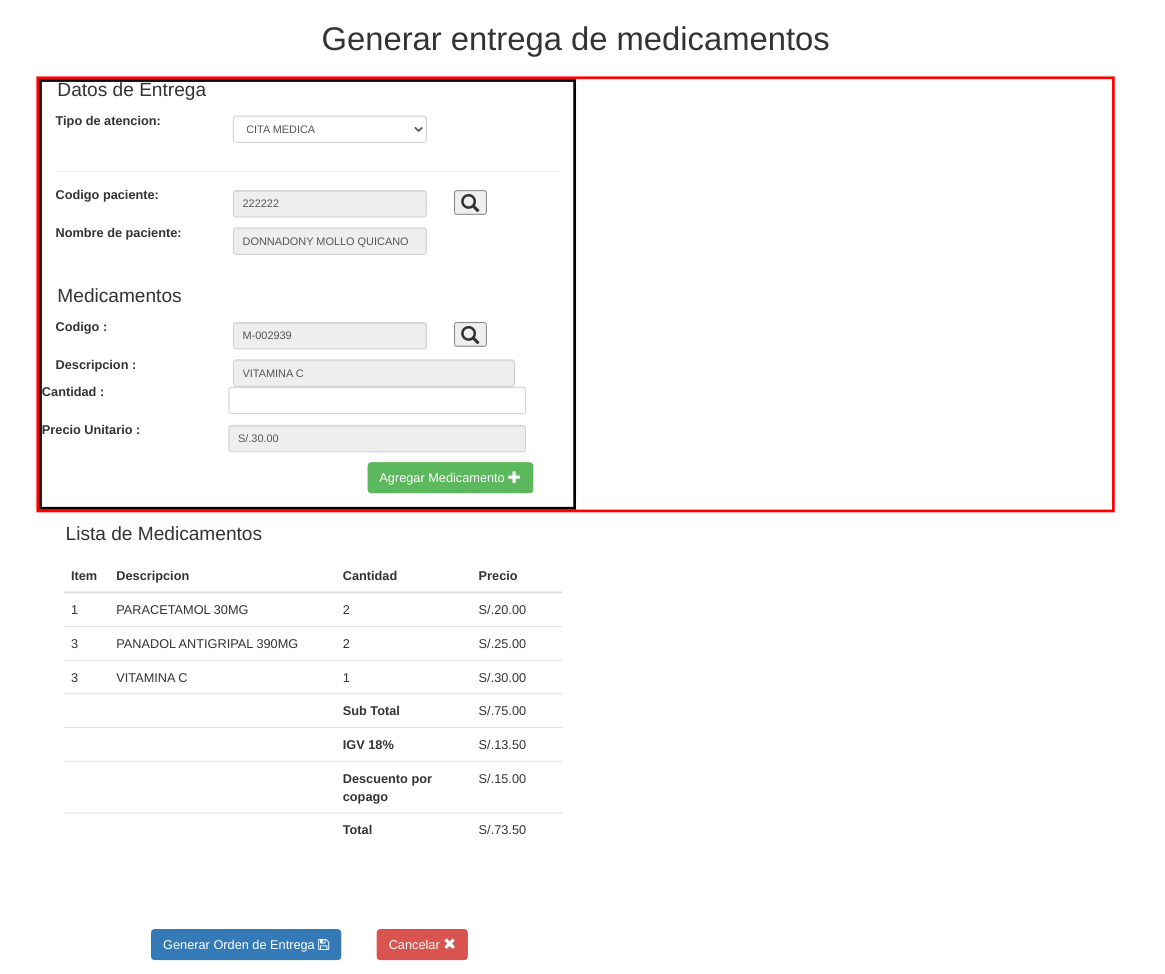
Repository: Donyx10/ADSII-ProyectoClinica
Page: http://localhost/AvanceWeb/GenerarOrdenDeEntregaDeMedicamentos2.jsp
An editor plug-in stored every save of this project. The page is shown before and after the next save, followed by the edit.
The browser window is 1280 px wide. The pictures show the whole page, at 91% of full size.
Some web fonts or font styles are not loaded; a fallback is used. The page is served by Tomcat 9.

Above is the page before, as saved 2018-06-07 16:46:27.

After the next save:
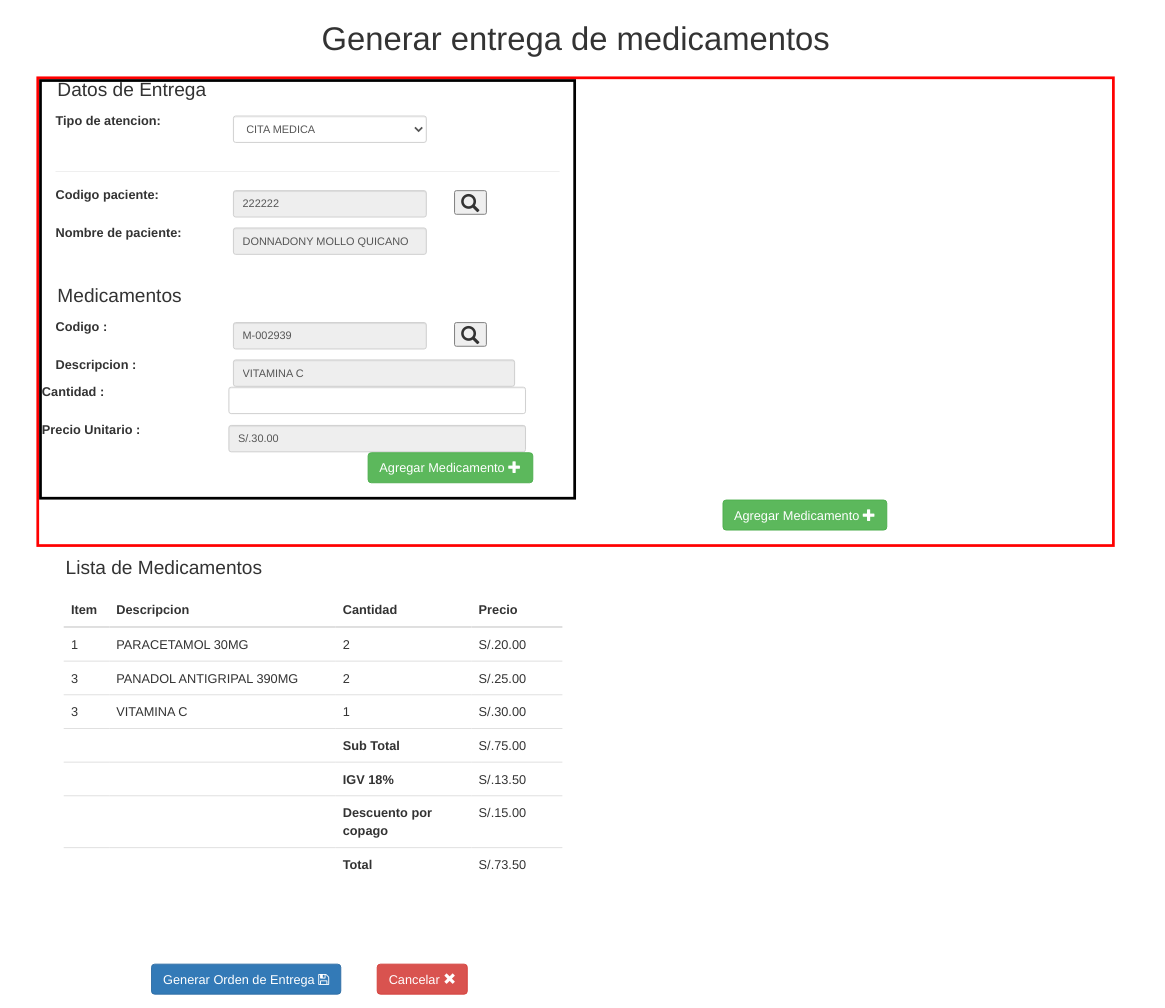
Saved 13 s later.
--- a/WebDemo/AvanceWeb/WebContent/GenerarOrdenDeEntregaDeMedicamentos2.jsp
+++ b/WebDemo/AvanceWeb/WebContent/GenerarOrdenDeEntregaDeMedicamentos2.jsp
@@ -158,7 +158,6 @@
 							</div>
 
 						</div>
-						<BR>
 						<div class="row">
 							<div class="col-md-2"></div>
 							<div class="col-md-4"></div>
@@ -171,7 +170,20 @@
 						</div>
 					</div>
 				</div>
-
+				<div class="form-group row" align="center" id="paciente">
+					<div class="col-md-12">
+						<div class="row">
+							<div class="col-md-2"></div>
+							<div class="col-md-4"></div>
+							<div class="col-md-1"></div>
+							<div class="col-md-3">
+								<button type="submit" class="btn btn-success">
+									Agregar Medicamento <i class="glyphicon glyphicon-plus"></i>
+								</button>
+							</div>
+						</div>
+					</div>
+				</div>
 
 
 			</div>
